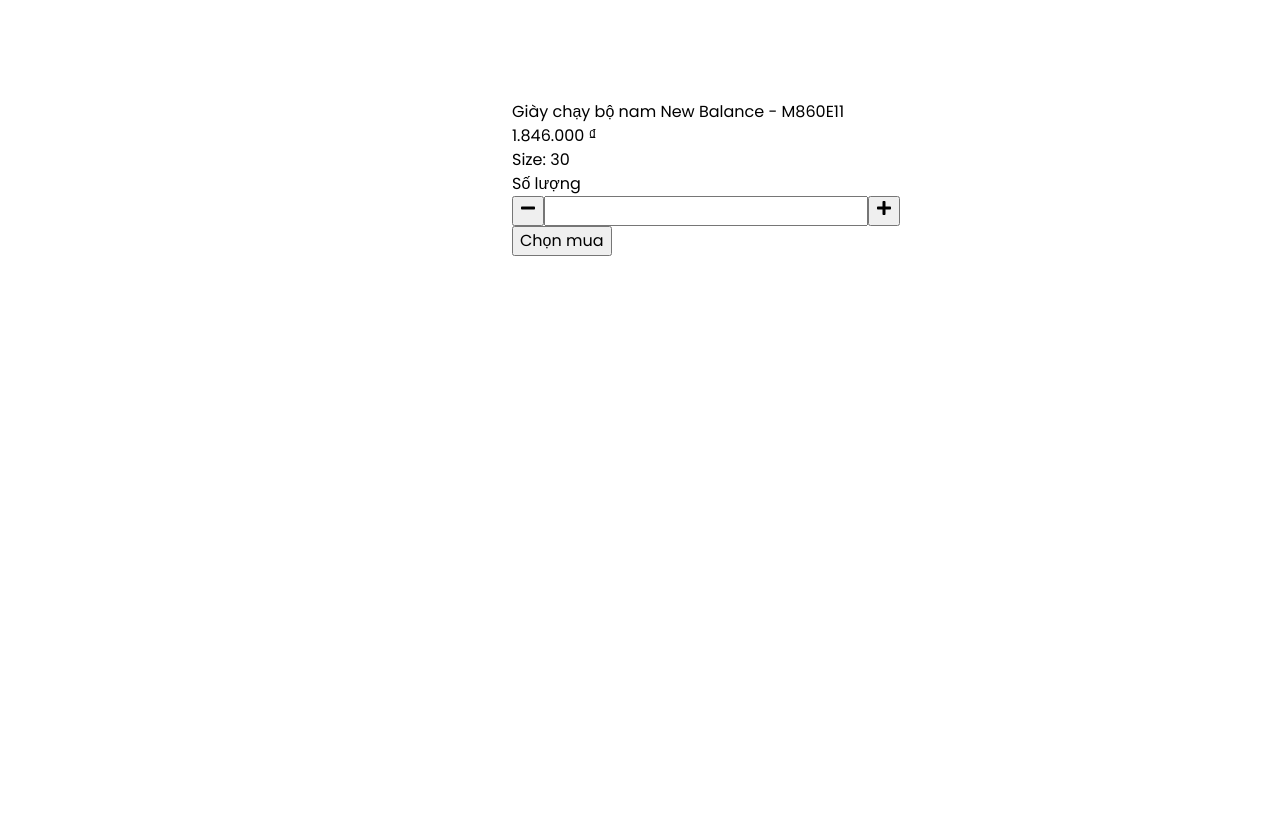
Repository: hoang0508/ReactJsHoiDanIT
Page: /form
An editor plug-in stored every save of this project. The page is shown before and after the next save, followed by the edit.
The browser window is 1280 px wide. The pictures show the whole page.
The project was rebuilt for these pictures with package versions that can differ from the ones it lists, and the page was loaded fresh each time.

Above is the page before, as saved 2022-02-24 14:20:13.

After the next save:
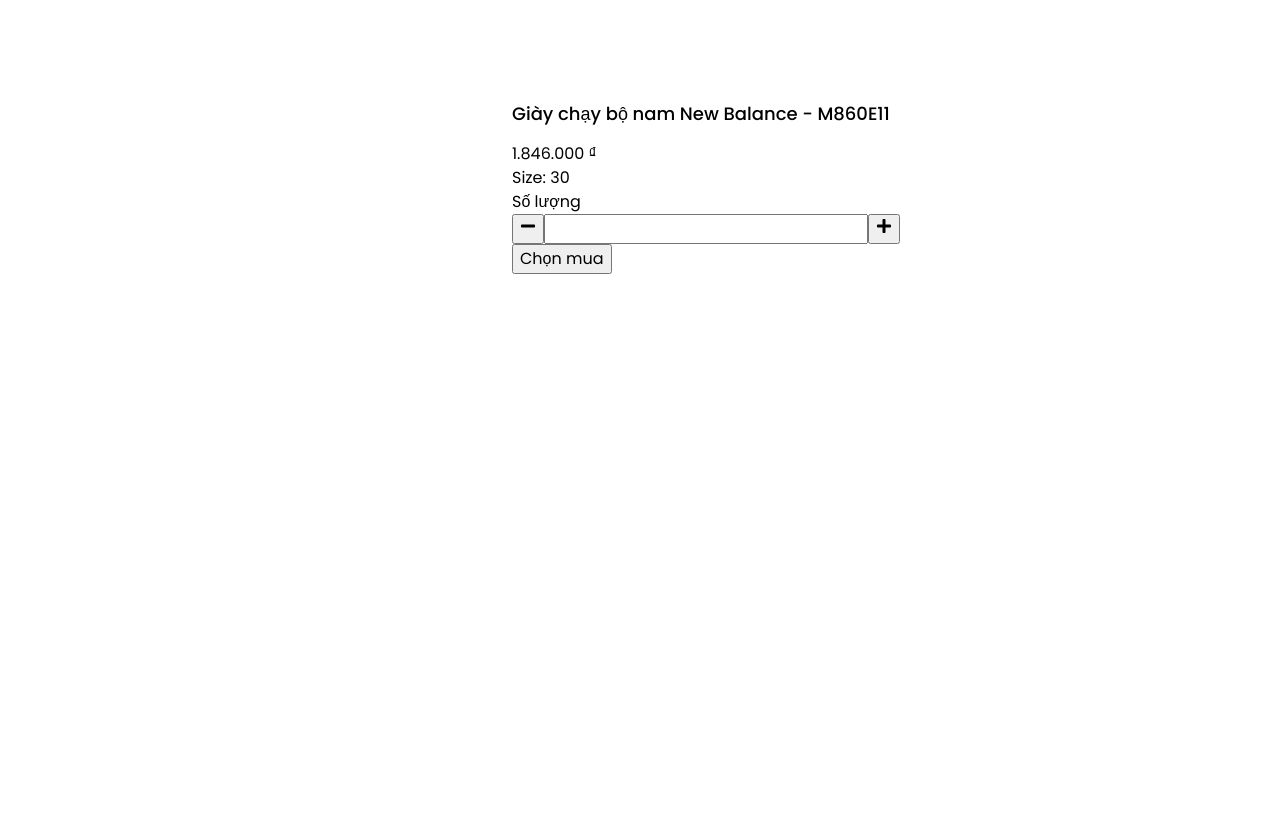
Saved 18 s later.
--- a/src/components/Products/Product.scss
+++ b/src/components/Products/Product.scss
@@ -9,4 +9,9 @@
   &-content {
     width: 60%;
   }
+  &-name {
+    font-size: 18px;
+    margin-bottom: 15px;
+    font-weight: 500;
+  }
 }
